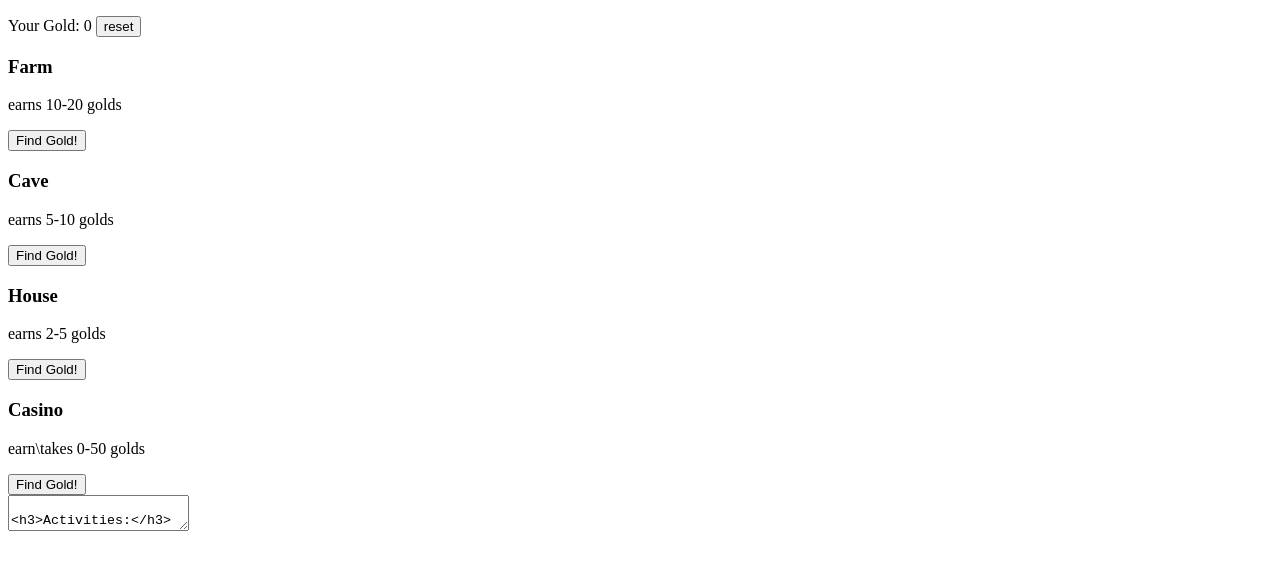
Repository: bvnger/Ninja_gold_flask
Page: http://localhost/
An editor plug-in stored every save of this project. The page is shown before and after the next save, followed by the edit.
The browser window is 1280 px wide. The pictures show the whole page.
The page is served by the project's application, run on Flask 3 (server.py).

Above is the page before, as saved 2019-11-04 13:26:43.

### templates/index.html
<!DOCTYPE html>
<html lang="en">
<head>
    <meta charset="UTF-8">
    <meta name="viewport" content="width=device-width, initial-scale=1.0">
    <meta http-equiv="X-UA-Compatible" content="ie=edge">
    <title>Document</title>
</head>
<body>

    <div class ="container" action ="/process">
        <div class ="top">
        <p>Your Gold: {{session['gold']}}
        <button> reset</button>
        </div>
        <div class ="mid">
<!-- ########################             -->
<form class="farm" action="/process" method="POST">
    <h3>Farm</h3>
    <p>earns 10-20 golds</p>
    <input type="hidden" name="building"  value="farm"></input>
    <button type="submit">Find Gold!</button>
</form>
<form class="Cave">
    <h3>Cave</h3>
    <p>earns 5-10 golds</p>
    <input type="hidden" name="building"  value="cave"></input>
    <button type="submit">Find Gold!</button>
</form>
<form class="House">
    <h3>House</h3>
    <p>earns 2-5 golds</p>
    <input type="hidden" name="building"  value="house"></input>
    <button type="submit">Find Gold!</button>
</form>
<form class="Casino">
    <h3>Casino</h3>
    <p>earn\takes 0-50 golds</p>
    <input type="hidden" name="building"  value="casino"></input>
    <button type="submit">Find Gold!</button>
</form>
        </div>
        <div class ="bot">
            <textarea>
            <h3>Activities:</h3>
            <ul class="bottom" name ="activities" value="log" class="activities">
                {% for activity in session.activities %}
                <li name="activities"  class="log" >{{activity}}
                </li>
                {% endfor %}
            </ul>
            </textarea>
        </div>
    </div>

</body>
</html>

### server.py
from flask import Flask, render_template, request, redirect, session
from datetime import datetime
import random
app = Flask(__name__)
app.secret_key="qwertyuiop"

@app.route('/')
def hello_world():
    gold ="gold"
    if "gold" not in session:
        session["gold"]= 0
    if "counter" not in session:
        session["counter"]=0
    if "activities" not in session:
        session["activities"]=[]
    return render_template("index.html")

@app.route("/process", methods=["POST"])

def processgold():
    date_time = datetime.now()
    print(session)
    print(request.form)
    if request.form["building"] == "farm":
            place = "farm"
            gold = random.randint(10,20)
            session["gold"]+= gold
            session['counter'] += 1
            message = f"You have visited {place} and gained {gold} gold! {date_time}"
            session['activities'].insert(0,message)
            return redirect('/')
    if request.form["building"] == "cave":
        place =  "cave"
        gold = random.randint(5,10)
        session['gold']+= gold
        session['counter'] += 1
        message = f"You have visited {place} and gained {gold} gold! {date_time}"
        session['activities'].insert(0,message)
        return redirect('/')
    if request.form["building"] == "house":
        place = "house"
        gold =random.randint(2,5)
        session['gold']+= gold
        session['counter'] += 1
        message = f"You have visited {place} and gained {gold} gold! {date_time}"
        session['activities'].insert(0,message)
        return redirect('/')
    if request.form["building"] == "casino":
        place = "casino"
        gold = random.randint(0,100) -50
        session['gold']+= gold
        session['counter'] += 1
        message = f"You have visited {place} and gained {gold} gold! {date_time}"
        session['activities'].insert(0,message)
        return redirect('/')
    return redirect('/')

@app.route('/reset')
def reset(request):
    request.session.clear()
    return redirect('/')


if __name__=="__main__":
    app.run(debug=True)

After the next save:
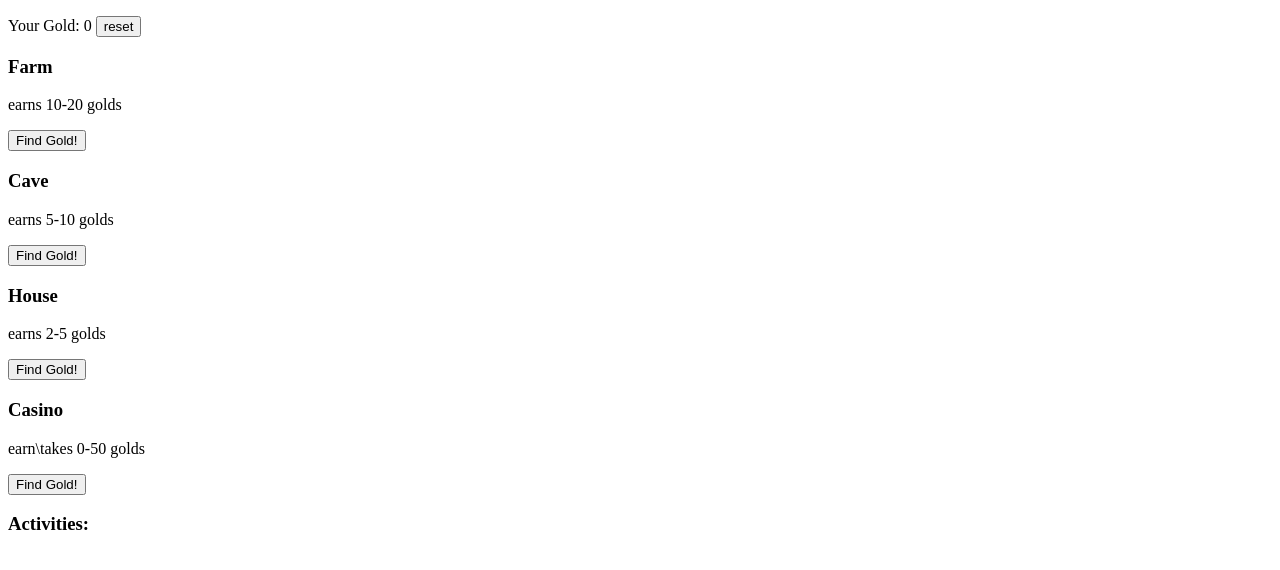
Saved 50 s later.
--- a/templates/index.html
+++ b/templates/index.html
@@ -41,7 +41,7 @@
 </form>
         </div>
         <div class ="bot">
-            <textarea>
+            <table>
             <h3>Activities:</h3>
             <ul class="bottom" name ="activities" value="log" class="activities">
                 {% for activity in session.activities %}
@@ -49,7 +49,7 @@
                 </li>
                 {% endfor %}
             </ul>
-            </textarea>
+            </table>
         </div>
     </div>
 
